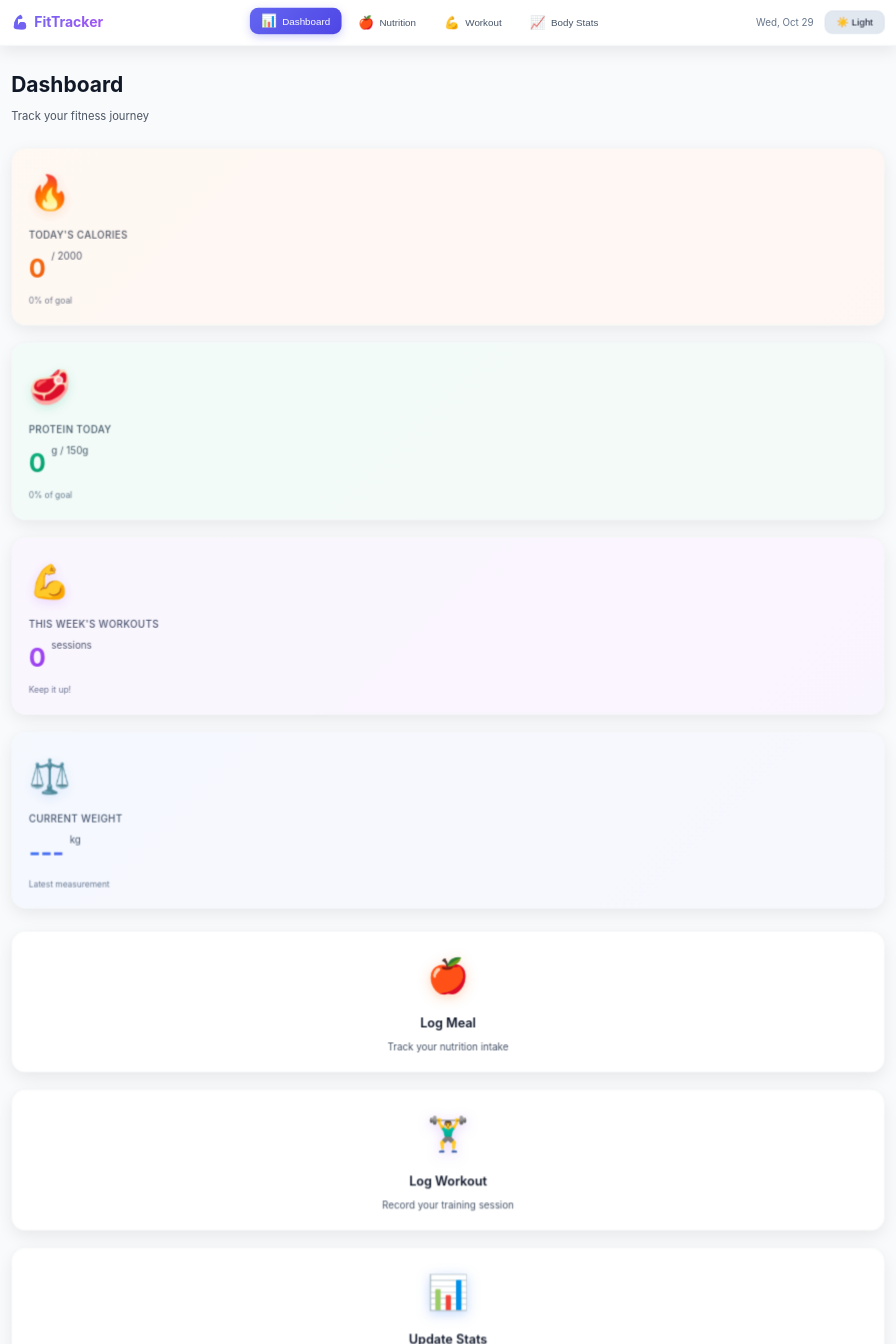
Repository: Apoorv888/Fitness-App
Page: /
These files come from the project's save history. The page is drawn as it stood at one moment and after the next save; the edit follows.
The browser window is 1280 px wide. The pictures show the part of the page from y = 0 to 1920 px (the page is 3065 px tall), at 70% of full size.
Backgrounds fixed to the window are drawn as part of the page. The project was rebuilt for these pictures with package versions that can differ from the ones it lists, and the page was loaded fresh each time. Also part of the build but not shown: vite.config.ts, src/components/MealForm.tsx, src/components/MealList.tsx, src/components/GoalsForm.tsx, src/components/NutritionCharts.tsx, src/pages/Nutrition.tsx, src/components/WorkoutForm.tsx, src/components/WorkoutList.tsx and 9 more.

Above is the page before, as saved 2025-10-31 19:58:05.

### index.html
<!doctype html>
<html lang="en">
  <head>
    <meta charset="UTF-8" />
    <link rel="icon" type="image/svg+xml" href="/vite.svg" />
    <meta name="viewport" content="width=device-width, initial-scale=1.0" />
    <title>fitness-app</title>
  </head>
  <body>
    <div id="root"></div>
    <script type="module" src="/src/main.tsx"></script>
  </body>
</html>

### src/main.tsx
import { StrictMode, useEffect } from 'react'
import { createRoot } from 'react-dom/client'
import './index.css'
import App from './App.tsx'
import { useMealStore } from './store/mealStore'
import { useWorkoutStore } from './store/workoutStore'
import { useBodyStatsStore } from './store/bodyStatsStore'
import { useGoalsStore } from './store/goalsStore'

function Boot() {
  const { loadMeals } = useMealStore();
  const { loadWorkouts } = useWorkoutStore();
  const { loadBodyStats } = useBodyStatsStore();
  const { loadGoals } = useGoalsStore();

  useEffect(() => {
    loadMeals();
    loadWorkouts();
    loadBodyStats();
    loadGoals();
  }, []);

  return <App />;
}

createRoot(document.getElementById('root')!).render(
  <StrictMode>
    <Boot />
  </StrictMode>,
)

### src/App.tsx
import React, { useState } from 'react';
import { Navbar } from './components/Navbar';
import { Dashboard } from './pages/Dashboard';
import { Nutrition } from './pages/Nutrition';
import { Workout } from './pages/Workout';
import { BodyStats } from './pages/BodyStats';
import './App.css';

function App() {
  const [activeTab, setActiveTab] = useState('dashboard');

  // Listen for external navigation requests (CustomEvent 'request-nav')
  React.useEffect(() => {
    const handler = (e: any) => {
      const tab = e?.detail?.tab;
      if (tab) setActiveTab(tab);
    };
    window.addEventListener('request-nav', handler as EventListener);
    return () => window.removeEventListener('request-nav', handler as EventListener);
  }, []);

  const renderActiveTab = () => {
    switch (activeTab) {
      case 'dashboard':
        return <Dashboard />;
      case 'nutrition':
        return <Nutrition />;
      case 'workout':
        return <Workout />;
      case 'stats':
        return <BodyStats />;
      default:
        return <Dashboard />;
    }
  };

  return (
    <div className="min-h-screen bg-gray-50">
      <Navbar activeTab={activeTab} onTabChange={setActiveTab} />
      <main>
        {renderActiveTab()}
      </main>
    </div>
  );
}

export default App;

### src/store/mealStore.ts
import { create } from 'zustand';
import { v4 as uuidv4 } from 'uuid';
import type { Meal } from '../types';
import { saveToStorage, loadFromStorage } from '../utils/helpers';
import { STORAGE_KEYS } from '../utils/constants';

interface MealStore {
  meals: Meal[];
  addMeal: (meal: Omit<Meal, 'id' | 'createdAt'>) => void;
  deleteMeal: (id: string) => void;
  updateMeal: (id: string, updates: Partial<Meal>) => void;
  getMealsByDate: (date: string) => Meal[];
  getTodayMacros: () => { calories: number; protein: number; carbs: number; fat: number };
  loadMeals: () => void;
}

export const useMealStore = create<MealStore>((set, get) => ({
  meals: [],

  addMeal: (mealData) => {
    const newMeal: Meal = {
      ...mealData,
      id: uuidv4(),
      createdAt: new Date(),
    };

    const updatedMeals = [...get().meals, newMeal];
    set({ meals: updatedMeals });
    saveToStorage(STORAGE_KEYS.MEALS, updatedMeals);
  },

  deleteMeal: (id) => {
    const updatedMeals = get().meals.filter(meal => meal.id !== id);
    set({ meals: updatedMeals });
    saveToStorage(STORAGE_KEYS.MEALS, updatedMeals);
  },

  updateMeal: (id, updates) => {
    const updatedMeals = get().meals.map(meal =>
      meal.id === id ? { ...meal, ...updates } : meal
    );
    set({ meals: updatedMeals });
    saveToStorage(STORAGE_KEYS.MEALS, updatedMeals);
  },

  getMealsByDate: (date) => {
    return get().meals.filter(meal => meal.date === date);
  },

  getTodayMacros: () => {
    const today = new Date().toISOString().split('T')[0];
    const todayMeals = get().getMealsByDate(today);

    return todayMeals.reduce(
      (totals, meal) => ({
        calories: totals.calories + meal.calories,
        protein: totals.protein + meal.protein,
        carbs: totals.carbs + meal.carbs,
        fat: totals.fat + meal.fat,
      }),
      { calories: 0, protein: 0, carbs: 0, fat: 0 }
    );
  },

  loadMeals: () => {
    const storedMeals = loadFromStorage(STORAGE_KEYS.MEALS);
    if (storedMeals) {
      set({ meals: storedMeals });
    }
  },
}));

### src/store/workoutStore.ts
import { create } from 'zustand';
import { v4 as uuidv4 } from 'uuid';
import type { Workout } from '../types';
import { saveToStorage, loadFromStorage } from '../utils/helpers';
import { STORAGE_KEYS } from '../utils/constants';

interface WorkoutStore {
  workouts: Workout[];
  addWorkout: (workout: Omit<Workout, 'id' | 'createdAt'>) => void;
  deleteWorkout: (id: string) => void;
  updateWorkout: (id: string, updates: Partial<Workout>) => void;
  getWorkoutsByDate: (date: string) => Workout[];
  getWorkoutsByWeek: (startDate: string) => Workout[];
  loadWorkouts: () => void;
}

export const useWorkoutStore = create<WorkoutStore>((set, get) => ({
  workouts: [],

  addWorkout: (workoutData) => {
    const newWorkout: Workout = {
      ...workoutData,
      id: uuidv4(),
      createdAt: new Date(),
    };

    const updatedWorkouts = [...get().workouts, newWorkout];
    set({ workouts: updatedWorkouts });
    saveToStorage(STORAGE_KEYS.WORKOUTS, updatedWorkouts);
  },

  deleteWorkout: (id) => {
    const updatedWorkouts = get().workouts.filter(workout => workout.id !== id);
    set({ workouts: updatedWorkouts });
    saveToStorage(STORAGE_KEYS.WORKOUTS, updatedWorkouts);
  },

  updateWorkout: (id, updates) => {
    const updatedWorkouts = get().workouts.map(workout =>
      workout.id === id ? { ...workout, ...updates } : workout
    );
    set({ workouts: updatedWorkouts });
    saveToStorage(STORAGE_KEYS.WORKOUTS, updatedWorkouts);
  },

  getWorkoutsByDate: (date) => {
    return get().workouts.filter(workout => workout.date === date);
  },

  getWorkoutsByWeek: (startDate) => {
    const start = new Date(startDate);
    const end = new Date(start);
    end.setDate(start.getDate() + 6);

    return get().workouts.filter(workout => {
      const workoutDate = new Date(workout.date);
      return workoutDate >= start && workoutDate <= end;
    });
  },

  loadWorkouts: () => {
    const storedWorkouts = loadFromStorage(STORAGE_KEYS.WORKOUTS);
    if (storedWorkouts) {
      set({ workouts: storedWorkouts });
    }
  },
}));

### src/store/goalsStore.ts
import { create } from 'zustand';
import type { UserGoals } from '../types';
import { saveToStorage, loadFromStorage } from '../utils/helpers';
import { STORAGE_KEYS } from '../utils/constants';

interface UserGoalsStore {
  goals: UserGoals;
  updateGoals: (updates: Partial<UserGoals>) => void;
  loadGoals: () => void;
}

const defaultGoals: UserGoals = {
  dailyCalories: 2000,
  dailyProtein: 150,
  dailyCarbs: 200,
  dailyFat: 65,
  activityLevel: 1.375, // Lightly active
  goal: 'maintain',
};

export const useGoalsStore = create<UserGoalsStore>((set, get) => ({
  goals: defaultGoals,

  updateGoals: (updates) => {
    const updatedGoals = { ...get().goals, ...updates };
    set({ goals: updatedGoals });
    saveToStorage(STORAGE_KEYS.USER_GOALS, updatedGoals);
  },

  loadGoals: () => {
    const storedGoals = loadFromStorage(STORAGE_KEYS.USER_GOALS);
    if (storedGoals) {
      set({ goals: { ...defaultGoals, ...storedGoals } });
    }
  },
}));

### src/pages/Dashboard.tsx
import React, { useEffect } from 'react';
import { StatCard } from '../components/StatCard';
import { useMealStore } from '../store/mealStore';
import { useWorkoutStore } from '../store/workoutStore';
import { useBodyStatsStore } from '../store/bodyStatsStore';
import { useGoalsStore } from '../store/goalsStore';
import { getWeekDays } from '../utils/helpers';
import { WorkoutHeatmap } from '../components/WorkoutHeatmap';
import { ExportImport } from '../components/ExportImport';
import { ExportCSV } from '../components/ExportCSV';

export const Dashboard: React.FC = () => {
  const { getTodayMacros, loadMeals } = useMealStore();
  const { workouts, loadWorkouts } = useWorkoutStore();
  const { getLatestWeight, getWeightTrend, loadBodyStats } = useBodyStatsStore();
  const { goals, loadGoals } = useGoalsStore();

  useEffect(() => {
    loadMeals();
    loadWorkouts();
    loadBodyStats();
    loadGoals();
  }, [loadMeals, loadWorkouts, loadBodyStats, loadGoals]);

  const todayMacros = getTodayMacros();
  const currentWeight = getLatestWeight();
  const weightTrend = getWeightTrend();

  // Calculate this week's workouts
  const today = new Date();
  const weekDays = getWeekDays(today);
  const weekWorkouts = workouts.filter(workout => {
    const workoutDate = new Date(workout.date);
    return workoutDate >= weekDays[0] && workoutDate <= weekDays[6];
  }).length;

  // Weekly aggregates (last 7 days)
  const mealsForWeek = useMealStore.getState().meals.filter(m => {
    const d = new Date(m.date);
    return d >= weekDays[0] && d <= weekDays[6];
  });
  const weekCalories = mealsForWeek.reduce((s, m) => s + (m.calories || 0), 0);

  const calorieProgress = Math.round((todayMacros.calories / goals.dailyCalories) * 100);
  const proteinProgress = Math.round((todayMacros.protein / goals.dailyProtein) * 100);

  return (
    <div className="max-w-7xl mx-auto px-4 sm:px-6 lg:px-8 py-8">
      <div className="mb-8">
        <h1 className="text-3xl font-bold text-gray-900">Dashboard</h1>
        <p className="text-gray-600 mt-2">Track your fitness journey</p>
      </div>

      {/* Quick Stats Grid */}
      <div className="grid grid-cols-1 md:grid-cols-2 lg:grid-cols-4 gap-6 mb-8">
        <StatCard
          title="Today's Calories"
          value={todayMacros.calories}
          unit={`/ ${goals.dailyCalories}`}
          icon="🔥"
          subtitle={`${calorieProgress}% of goal`}
          color="orange"
        />

        <StatCard
          title="Protein Today"
          value={todayMacros.protein}
          unit={`g / ${goals.dailyProtein}g`}
          icon="🥩"
          subtitle={`${proteinProgress}% of goal`}
          color="green"
        />

        <StatCard
          title="This Week's Workouts"
          value={weekWorkouts}
          unit="sessions"
          icon="💪"
          subtitle="Keep it up!"
          color="purple"
        />

        <StatCard
          title="Current Weight"
          value={currentWeight || '---'}
          unit="kg"
          icon="⚖️"
          trend={currentWeight ? weightTrend : undefined}
          subtitle="Latest measurement"
          color="blue"
        />
      </div>

      {/* Quick Actions */}
      <div className="grid grid-cols-1 md:grid-cols-3 gap-6 mb-8">
        <div
          className="card cursor-pointer"
          style={{ textAlign: 'center' }}
        >
          <div style={{ fontSize: '48px', marginBottom: '16px', filter: 'drop-shadow(0 4px 8px rgba(249, 115, 22, 0.3))' }}>🍎</div>
          <h3 className="text-lg font-semibold mb-2" style={{ color: 'var(--text)' }}>Log Meal</h3>
          <p className="text-sm" style={{ color: 'var(--text-secondary)' }}>Track your nutrition intake</p>
        </div>

        <div
          className="card cursor-pointer"
          style={{ textAlign: 'center' }}
        >
          <div style={{ fontSize: '48px', marginBottom: '16px', filter: 'drop-shadow(0 4px 8px rgba(168, 85, 247, 0.3))' }}>🏋️‍♂️</div>
          <h3 className="text-lg font-semibold mb-2" style={{ color: 'var(--text)' }}>Log Workout</h3>
          <p className="text-sm" style={{ color: 'var(--text-secondary)' }}>Record your training session</p>
        </div>

        <div
          className="card cursor-pointer"
          style={{ textAlign: 'center' }}
        >
          <div style={{ fontSize: '48px', marginBottom: '16px', filter: 'drop-shadow(0 4px 8px rgba(59, 130, 246, 0.3))' }}>📊</div>
          <h3 className="text-lg font-semibold mb-2" style={{ color: 'var(--text)' }}>Update Stats</h3>
          <p className="text-sm" style={{ color: 'var(--text-secondary)' }}>Record body measurements</p>
        </div>
      </div>

      {/* Progress Summary */}
      <div className="card">
        <h3 className="text-lg font-semibold mb-4" style={{ color: 'var(--text)' }}>Today's Progress</h3>

        <div className="space-y-4">
          {/* Calories Progress Bar */}
          <div>
            <div className="flex justify-between text-sm mb-2" style={{ color: 'var(--text-secondary)' }}>
              <span style={{ fontWeight: '500' }}>Calories</span>
              <span>{todayMacros.calories} / {goals.dailyCalories}</span>
            </div>
            <div style={{ width: '100%', height: '8px', background: 'rgba(148, 163, 184, 0.2)', borderRadius: '999px', overflow: 'hidden' }}>
              <div
                style={{
                  height: '100%',
                  borderRadius: '999px',
                  background: 'linear-gradient(90deg, #f97316 0%, #ea580c 100%)',
                  width: `${Math.min(calorieProgress, 100)}%`,
                  transition: 'width 0.6s cubic-bezier(0.4, 0, 0.2, 1)',
                  boxShadow: '0 0 12px rgba(249, 115, 22, 0.5)'
                }}
              ></div>
            </div>
          </div>

          {/* Protein Progress Bar */}
          <div>
            <div className="flex justify-between text-sm mb-2" style={{ color: 'var(--text-secondary)' }}>
              <span style={{ fontWeight: '500' }}>Protein</span>
              <span>{todayMacros.protein}g / {goals.dailyProtein}g</span>
            </div>
            <div style={{ width: '100%', height: '8px', background: 'rgba(148, 163, 184, 0.2)', borderRadius: '999px', overflow: 'hidden' }}>
              <div
                style={{
                  height: '100%',
                  borderRadius: '999px',
                  background: 'linear-gradient(90deg, #10b981 0%, #059669 100%)',
                  width: `${Math.min(proteinProgress, 100)}%`,
                  transition: 'width 0.6s cubic-bezier(0.4, 0, 0.2, 1)',
                  boxShadow: '0 0 12px rgba(16, 185, 129, 0.5)'
                }}
              ></div>
            </div>
          </div>

          {/* Carbs Progress Bar */}
          <div>
            <div className="flex justify-between text-sm mb-2" style={{ color: 'var(--text-secondary)' }}>
              <span style={{ fontWeight: '500' }}>Carbs</span>
              <span>{todayMacros.carbs}g / {goals.dailyCarbs}g</span>
            </div>
            <div style={{ width: '100%', height: '8px', background: 'rgba(148, 163, 184, 0.2)', borderRadius: '999px', overflow: 'hidden' }}>
              <div
                style={{
                  height: '100%',
                  borderRadius: '999px',
                  background: 'linear-gradient(90deg, #3b82f6 0%, #2563eb 100%)',
                  width: `${Math.min((todayMacros.carbs / goals.dailyCarbs) * 100, 100)}%`,
                  transition: 'width 0.6s cubic-bezier(0.4, 0, 0.2, 1)',
                  boxShadow: '0 0 12px rgba(59, 130, 246, 0.5)'
                }}
              ></div>
            </div>
          </div>

          {/* Fat Progress Bar */}
          <div>
            <div className="flex justify-between text-sm mb-2" style={{ color: 'var(--text-secondary)' }}>
              <span style={{ fontWeight: '500' }}>Fat</span>
              <span>{todayMacros.fat}g / {goals.dailyFat}g</span>
            </div>
            <div style={{ width: '100%', height: '8px', background: 'rgba(148, 163, 184, 0.2)', borderRadius: '999px', overflow: 'hidden' }}>
              <div
                style={{
                  height: '100%',
                  borderRadius: '999px',
                  background: 'linear-gradient(90deg, #a855f7 0%, #9333ea 100%)',
                  width: `${Math.min((todayMacros.fat / goals.dailyFat) * 100, 100)}%`,
                  transition: 'width 0.6s cubic-bezier(0.4, 0, 0.2, 1)',
                  boxShadow: '0 0 12px rgba(168, 85, 247, 0.5)'
                }}
              ></div>
            </div>
          </div>
        </div>
      </div>

      <div className="mt-6 grid grid-cols-1 lg:grid-cols-3 gap-6">
        <div className="lg:col-span-2">
          <WorkoutHeatmap days={90} />
        </div>

        <div className="space-y-6">
          <div className="card">
            <h3 className="text-lg font-semibold mb-2" style={{ color: 'var(--text)' }}>Last 7 days summary</h3>
            <div className="text-sm" style={{ color: 'var(--text-secondary)' }}>Calories: <span className="font-semibold">{weekCalories}</span></div>
            <div className="text-sm" style={{ color: 'var(--text-secondary)' }}>Workouts: <span className="font-semibold">{weekWorkouts}</span></div>
          </div>

          <ExportImport />
          <div className="mt-4">
            <ExportCSV />
          </div>
        </div>
      </div>
    </div>
  );
};

### src/utils/helpers.ts
// Date utilities
import { format, startOfWeek, endOfWeek, eachDayOfInterval, isToday } from 'date-fns';

export const formatDate = (date: Date) => format(date, 'yyyy-MM-dd');
export const formatDisplayDate = (date: Date) => format(date, 'MMM dd, yyyy');
export const formatTime = (date: Date) => format(date, 'HH:mm');

export const getWeekDays = (date: Date) => {
  const start = startOfWeek(date, { weekStartsOn: 1 }); // Monday
  const end = endOfWeek(date, { weekStartsOn: 1 });
  return eachDayOfInterval({ start, end });
};

export const isTodayDate = (date: Date) => isToday(date);

// Calculate BMI
export const calculateBMI = (weight: number, height: number) => {
  return (weight / (height * height)) * 10000; // height in cm
};

// Calculate calories needed for goal
export const calculateCalorieGoal = (
  weight: number,
  height: number,
  age: number,
  gender: 'male' | 'female',
  activityLevel: number,
  goal: 'lose' | 'maintain' | 'gain'
) => {
  // Mifflin-St Jeor Equation
  let bmr;
  if (gender === 'male') {
    bmr = 10 * weight + 6.25 * height - 5 * age + 5;
  } else {
    bmr = 10 * weight + 6.25 * height - 5 * age - 161;
  }

  const tdee = bmr * activityLevel;

  switch (goal) {
    case 'lose':
      return Math.round(tdee - 500); // 1 lb per week
    case 'gain':
      return Math.round(tdee + 500); // 1 lb per week
    default:
      return Math.round(tdee);
  }
};

// Format numbers
export const formatNumber = (num: number, decimals: number = 1) => {
  return Number(num.toFixed(decimals));
};

// Local storage helpers
export const saveToStorage = (key: string, data: any) => {
  localStorage.setItem(key, JSON.stringify(data));
};

export const loadFromStorage = (key: string) => {
  const stored = localStorage.getItem(key);
  return stored ? JSON.parse(stored) : null;
};

### src/utils/constants.ts
// App constants
export const STORAGE_KEYS = {
  MEALS: 'fitness-app-meals',
  WORKOUTS: 'fitness-app-workouts',
  BODY_STATS: 'fitness-app-body-stats',
  USER_GOALS: 'fitness-app-user-goals',
} as const;

export const ACTIVITY_LEVELS = {
  SEDENTARY: 1.2,
  LIGHTLY_ACTIVE: 1.375,
  MODERATELY_ACTIVE: 1.55,
  VERY_ACTIVE: 1.725,
  EXTREMELY_ACTIVE: 1.9,
} as const;

export const WORKOUT_TYPES = [
  'Push',
  'Pull',
  'Legs',
  'Upper',
  'Lower',
  'Full Body',
  'Cardio',
  'Rest',
] as const;

export const MEAL_TYPES = [
  'Breakfast',
  'Lunch',
  'Dinner',
  'Snack',
] as const;

export const DEFAULT_MACRO_RATIOS = {
  protein: 0.3,
  carbs: 0.4,
  fat: 0.3,
} as const;

export const BODY_MEASUREMENT_TYPES = [
  'weight',
  'bodyFat',
  'muscle',
  'waist',
  'chest',
  'arms',
  'thighs',
] as const;

export type WorkoutType = typeof WORKOUT_TYPES[number];
export type MealType = typeof MEAL_TYPES[number];
export type BodyMeasurementType = typeof BODY_MEASUREMENT_TYPES[number];

### src/hooks/useTheme.ts
import { useEffect, useState } from 'react';

const STORAGE_KEY = 'fitness-app-theme';

export const useTheme = () => {
  const [theme, setTheme] = useState<'light' | 'dark'>(() => {
    try {
      const stored = localStorage.getItem(STORAGE_KEY);
      if (stored === 'dark' || stored === 'light') return stored;
    } catch (_) {}
    // default follow prefers-color-scheme
    if (typeof window !== 'undefined' && window.matchMedia && window.matchMedia('(prefers-color-scheme: dark)').matches) {
      return 'dark';
    }
    return 'light';
  });

  useEffect(() => {
    try { localStorage.setItem(STORAGE_KEY, theme); } catch (_) {}
    if (theme === 'dark') {
      document.documentElement.setAttribute('data-theme', 'dark');
    } else {
      document.documentElement.removeAttribute('data-theme');
    }
  }, [theme]);

  const toggle = () => setTheme(t => t === 'dark' ? 'light' : 'dark');

  return { theme, setTheme, toggle } as const;
};

Loaded but not shown: src/index.css (388 lines, source omitted); src/components/Navbar.tsx (131 lines, source omitted); src/components/ExportImport.tsx (94 lines, source omitted); src/components/WorkoutHeatmap.tsx (96 lines, source omitted); src/components/StatCard.tsx (115 lines, source omitted); src/components/ExportCSV.tsx (49 lines, source omitted); src/store/bodyStatsStore.ts (75 lines, source omitted)

After the next save:
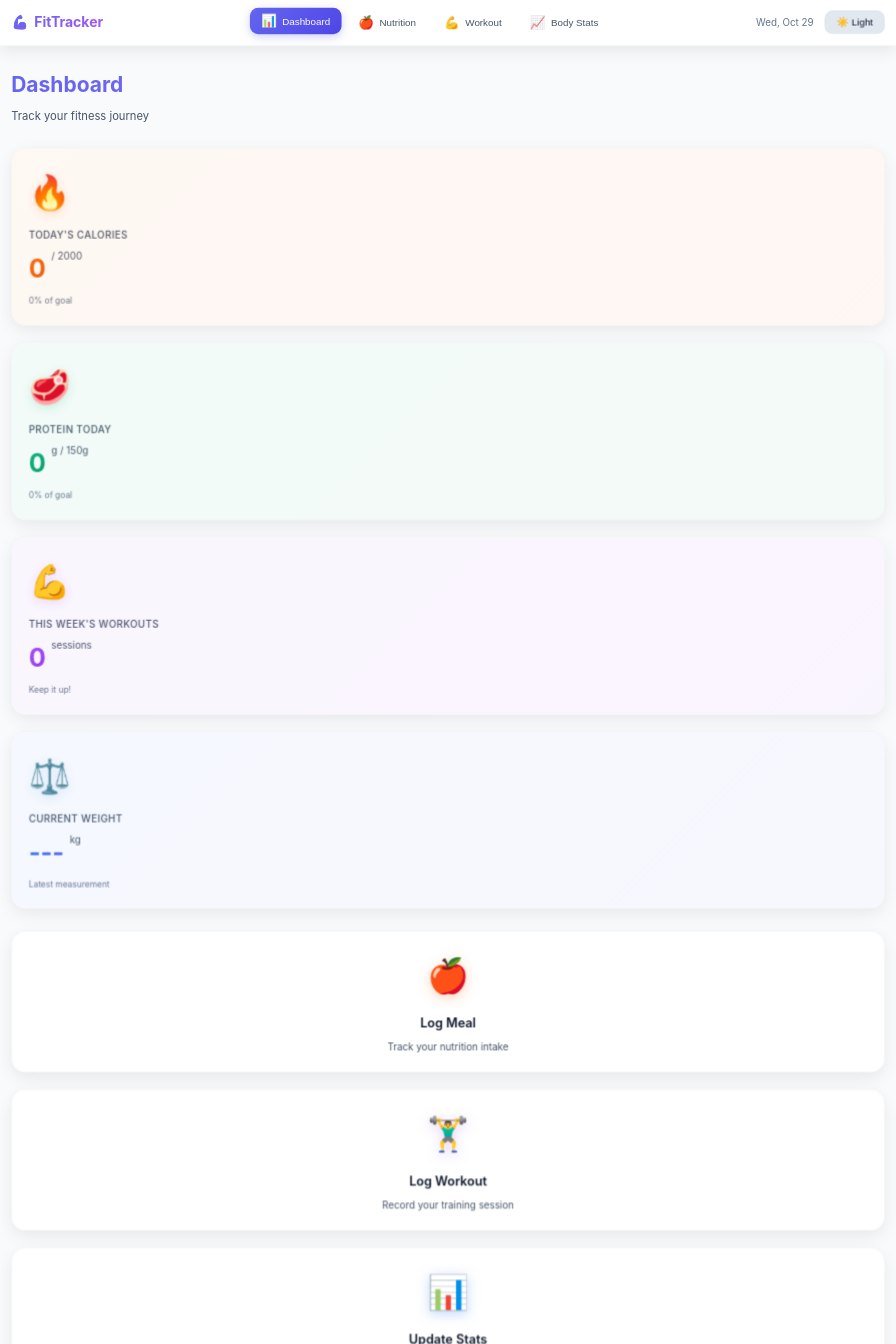
Saved 37 s later.
--- a/src/pages/Dashboard.tsx
+++ b/src/pages/Dashboard.tsx
@@ -47,8 +47,18 @@ export const Dashboard: React.FC = () => {
   return (
     <div className="max-w-7xl mx-auto px-4 sm:px-6 lg:px-8 py-8">
       <div className="mb-8">
-        <h1 className="text-3xl font-bold text-gray-900">Dashboard</h1>
-        <p className="text-gray-600 mt-2">Track your fitness journey</p>
+        <h1
+          className="text-3xl font-bold mb-2"
+          style={{
+            background: 'linear-gradient(135deg, var(--primary) 0%, var(--accent-purple) 100%)',
+            WebkitBackgroundClip: 'text',
+            WebkitTextFillColor: 'transparent',
+            backgroundClip: 'text'
+          }}
+        >
+          Dashboard
+        </h1>
+        <p className="text-gray-600 mt-2" style={{ color: 'var(--text-secondary)' }}>Track your fitness journey</p>
       </div>
 
       {/* Quick Stats Grid */}
